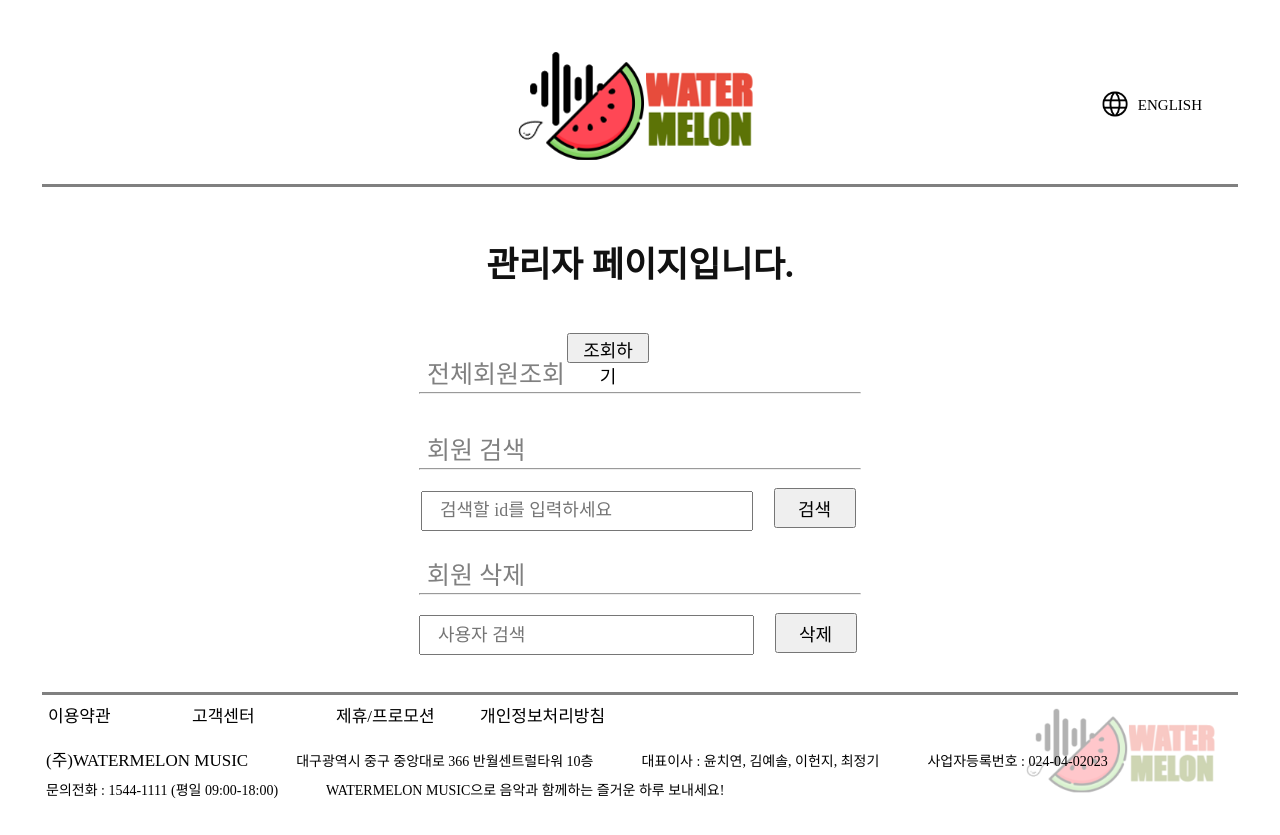
Repository: anchobb/TEAM_STS
Page: http://localhost/PJ_TEAM01/WEB-INF/views/member/member.jsp
An editor plug-in stored every save of this project. The page is shown before and after the next save, followed by the edit.
The browser window is 1280 px wide. The pictures show the whole page.
Some web fonts or font styles are not loaded; a fallback is used. Some web libraries are served in a nearby version. The page is served by Tomcat 9. Nobody is signed in. The template is opened directly, without the code that normally fills it, so the values that code supplies are empty.

Above is the page before, as saved 2023-09-11 05:29:03.

### PJ_TEAM01/src/main/webapp/WEB-INF/views/member/member.jsp
 <%@ page language="java" contentType="text/html; charset=UTF-8"
    pageEncoding="UTF-8"%>
<%@ taglib uri="http://java.sun.com/jsp/jstl/core" prefix="c"%>
<!DOCTYPE html>
<html>
<head>
<meta charset="UTF-8">
<title>MEMBER PAGE</title>
<style>
		<%@include file="/resources/static/css/common.css" %>
		<%@include file="/resources/static/css/header.css" %>
		<%@include file="/resources/static/css/member_Page.css" %>
		<%@include file="/resources/static/css/footer.css" %>
</style>
</head>
<body>
<div class="wrapper">
<header>
   <div class="log-header">
       <a href=<c:url value="/indexlog" />><img class="logo" src="${pageContext.request.contextPath}/resources/static/img/로고.png" alt=""></a>
       <ul>
          <li><a href=""><img  src="${pageContext.request.contextPath}/resources/static/img/english.png" alt="">ENGLISH</a></li>
       </ul>
    </div>
    <div class="logheader_line"></div>
</header>
<section class="member">
	<h1>관리자 페이지입니다.</h1>
	<ul>
		<li><span class="title">전체회원조회<button class="alluser" id="showButton">조회하기</button></span><hr/></li>
		<div class="selectall">
    	<c:forEach items="${list}" var="dto">
			<span>${dto.id}</span>&nbsp;&nbsp;<span>${dto.name}</span>
			&nbsp;&nbsp;<span>${dto.addr}</span>&nbsp;&nbsp;<span>${dto.phone}</span><br/>
		</c:forEach>
    	</div>
		<br />
		<li><span class="title">회원 검색</span><hr/></li>
		<form action="member/search" method="post">
	    <div class="search_block" style= display="none">
	    <input type="text" id="search_input" name="id" placeholder="검색할 id를 입력하세요">
	    <button class="oneuser" type="submit" >검색</button>
	    </div>
	    <div class="oneshowBlock"></div>
		</form>
		<br />
		<li><span class="title">회원 삭제</span><hr/></li>
		<form action="${pageContext.request.contextPath}/member/remove" method="post">
    	<input type="text" id="remove_input" name="id" placeholder="사용자 검색" id="searchInput">
    	<button class="removeuser" type="submit" >삭제</button>
		</form>
		<br />
	</ul>







<%-- <div>
	<hr/>
	<a href="javascript:history.go(-1)">이전으로</a>

	<form action="${pageContext.request.contextPath}/member/remove" method="post">
    	<input type="text" name="id" placeholder="사용자 검색" id="searchInput">
    	<button type="submit" >삭제</button>
	</form>
</div>


    <button class="alluser" id="showButton">모든회원검색</button>
    <div class="selectall">
    	<c:forEach items="${list}" var="dto">
			<span>${dto.id}</span>&nbsp;&nbsp;<span>${dto.name}</span>
			&nbsp;&nbsp;<span>${dto.addr}</span>&nbsp;&nbsp;<span>${dto.phone}</span><br/>
		</c:forEach>
    </div>
    <hr />


    <form action="member/search" method="post">
    <div class="search_block" style= display="none">
    <input type="text" name="id" placeholder="검색할 id를 입력하세요">
    <button class="oneuser" type="submit" >검색</button>
    </div>
    <div class="oneshowBlock"></div>
    <hr />
	</form>  --%>

</section>
<footer>
    <div class="footer_line"></div>
    <div>
        <ul class="footer_menu">
           <li><a href="">이용약관</a></li>
           <li><a href="">고객센터</a></li>
           <li><a href="">제휴/프로모션</a></li>
           <li><a href=""> 개인정보처리방침</a></li>
        </ul>
    </div>
    <p></p>
    <div class="Site_info">
        <img id="footer_logo" src="${pageContext.request.contextPath}/resources/static/img/로고.png" alt="">
        <span class="Sitename">(주)WATERMELON MUSIC</span>
        <span>대구광역시 중구 중앙대로 366 반월센트럴타워 10층</span>
        <span>대표이사 : 윤치연, 김예솔, 이헌지, 최정기</span>
        <span>사업자등록번호 : 024-04-02023</span>
        <br>
        <span>문의전화 : 1544-1111 (평일 09:00-18:00)</span>
        <span>WATERMELON MUSIC으로 음악과 함께하는 즐거운 하루 보내세요!</span>
     </div>
</footer>
</div>


<script src="https://cdnjs.cloudflare.com/ajax/libs/axios/1.4.0/axios.min.js" integrity="sha512-uMtXmF28A2Ab/JJO2t/vYhlaa/3ahUOgj1Zf27M5rOo8/+fcTUVH0/E0ll68njmjrLqOBjXM3V9NiPFL5ywWPQ==" crossorigin="anonymous" referrerpolicy="no-referrer"></script>
<script>
	/* const search_btn_el=document.querySelector('.oneuser');
	search_btn_el.addEventListener('click',function(){
	const projectPath = '${pageContext.request.contextPath}';
	console.log("search_btn_el click",projectPath);

	//axios
	axios.post("http://localhost:9090" + projectPath + "/member/search.do", {
	    id: document.querySelector('input[name="id"]').value
	  })
	    .then(response => {
	      console.log("success!", response.data);
	      const show_block_el = document.querySelector('.oneshowBlock');

	      const list = response.data;

	      list.forEach((dto) => {
	        console.log('dto', dto);
	        const dto_el = document.createElement('div');
	        dto_el.classList.add("item");

	        dto_el.innerHTML += "<span>" + dto.id + "</span>";
	        dto_el.innerHTML += "<span>" + dto.role + "</span>";
	        dto_el.innerHTML += "<span>" + dto.name + "</span>";
	        dto_el.innerHTML += "<span>" + dto.addr + "</span>";
	        dto_el.innerHTML += "<span>" + dto.phone + "</span><br/>";
	        show_block_el.appendChild(dto_el);
	      })
	    })
	    .catch(error => { console.log("fail.."); })
	});  */

	</script>

	<script>

	document.addEventListener("DOMContentLoaded", function () {
	    const form = document.querySelector('form');
	    const searchInput = document.querySelector('#searchInput');

	    form.addEventListener('submit', function (event) {
	        event.preventDefault();

	        const searchValue = searchInput.value;

	        // Axios를 사용한 POST 요청
	        axios.post('/app/member/remove', null, {
           		params: { id: searchValue } // id 파라미터를 직접 설정
        	})
	            .then(function (response) {
	                // 성공적으로 서버에서 응답을 받았을 때 처리
	                alert('삭제가 완료되었습니다.');
	                // 원하는 추가 동작 수행
	            })
	            .catch(function (error) {
	            	if (error.response) {
	                    console.error('서버 응답 오류:', error.response.data);
	                } else {
	                    console.error('요청 오류:', error.message);
	                }
	                // 오류가 발생했을 때 처리
	                alert('삭제에 실패했습니다.');
	            });
	    });
	});





	document.addEventListener('DOMContentLoaded', function() {
	    // 버튼 클릭 이벤트 핸들러
	    var showButton = document.getElementById('showButton');
	    var selectAllDiv = document.querySelector('.selectall');

	    showButton.addEventListener('click', function() {
	        // 현재 상태를 확인하여 토글
	        if (selectAllDiv.style.display === 'none' || selectAllDiv.style.display === '') {
	            selectAllDiv.style.display = 'block'; // 보이도록 함
	        } else {
	            selectAllDiv.style.display = 'none'; // 숨김
	        }
	    });
	});

	</script>

</body>
</html>

### PJ_TEAM01/src/main/webapp/resources/static/css/common.css
@font-face {
    font-family: 'SDSamliphopangche_Basic';
    src: url('https://cdn.jsdelivr.net/gh/projectnoonnu/noonfonts-20-12@1.0/SDSamliphopangche_Basic.woff') format('woff');
    font-weight: normal;
    font-style: normal;
}

* {
    margin: 2px;
    box-sizing: border-box;
    font-family: 'SDSamliphopangche_Basic';
}

ul {
    list-style: none;
    padding: 0px;
    margin: 0px;
    color: black;
}

a {
    text-decoration: none;
    color: black;
}

.wrapper {
    width: 1200px;
    margin: 30px auto;
}

.wrapper>nav>.mobilemenu>.material-symbols-outlined{
    font-variation-settings:
    'FILL' 0,
    'wght' 400,
    'GRAD' 0,
    'opsz' 48}

### PJ_TEAM01/src/main/webapp/resources/static/css/header.css
/* header */
.wrapper>header {
    height:130px;
    /* border: 1px solid red; */
    margin-top: 20px;
}

/* 탑헤더 내 로고, 검색창, 퀵메뉴 전체 */
.wrapper>header>.top-header{
    height: 110px;
    /* border: 1px solid green; */
    display: flex;
    justify-content: space-between;
    align-items: center;
}

/* 탑헤더 내 로고 */
.wrapper>header>.top-header>.logo{
    margin-top: 0;
    width: 240px;
    height: 120px;
}

/* 탑헤더 내 검색창 */
.wrapper>header>.top-header>form .search_box{
    height: 38px;
    width: 500px;
    border: 3px solid rgb(92, 115, 6);
    position: relative;
    border-radius: 7px;
    line-height: 35px;
    padding-left: 10px;
}

.wrapper>header>.top-header>form .search_box>div{
    /* border: 1px solid rosybrown; */
    height: 35px;
    width: 110px;
    font-size: 20px;
    text-align: center;
    line-height: 35px;
    margin-top: -1px;
    margin-left: -10px;
    border-right: 3px solid rgb(92, 115, 6);
    background-color: rgba(92, 115, 6, 0.43);
}

.wrapper>header>.top-header>form .search_box>input {
    height: 30px;
    width: 340px;
    border: 1px;
    outline: 1px;
    position: absolute;
    top: -1px;
    left: 115px;
    font-size: 15px;
    color: black;
    font-family: 'NanumSquareBold';
}

.wrapper>header>.top-header>form .search_box>img {
    position: absolute;
    width: 30px;
    height: 30px;
    top: 0px;
    left: 92%;
    display: block;
}

/* 헤더 내 퀵메뉴 */
.wrapper>header>.top-header>ul {
    /* border: 1px solid red; */
    display: flex;
    justify-content: right;
    align-items: center;
}

.wrapper>header>.top-header>ul>li {
    /* border: 1px solid gray; */
    width: 110px;
    position: relative;
    text-align: center;
}

.wrapper>header>.top-header>ul>li>a {
    display: block;
    font-size: 16px;
    position: relative;
    left: 15px;
}

.wrapper>header>.top-header>ul>li>a>img{
    width: 20px;
    height: 18px;
    justify-content: center;
    align-content: center;
    position: absolute;
    top: -2.5px;
    left: -5px;
}

/* nav부분 STYLE */
.wrapper>nav>.navi{
    display: flex;
    justify-content: space-between;
}

/* 왼쪽 nav one-depth */
.wrapper>nav>.navi>.Menu_left>.one--depth {
    width: 100%;
    height: 60px;
    display: flex;
}

.wrapper>nav>.navi>.Menu_left>.one--depth>li {
    position: relative;
    height: 35px;
}

.wrapper>nav>.navi>.Menu_left>.one--depth>li>a {
    display: block;
    font-size: 20px;
    width: 110px;
    /* transition: 1s; */

}

/* 왼쪽 nav two-depth */
.wrapper>nav>.navi>.Menu_left>.one--depth>li>.two--depth {
    position: absolute;
    display: none;

}

.wrapper>nav>.navi>.Menu_left>.one--depth>li>.two--depth>li {
    height: 30px;
    line-height: 30px;

}

.wrapper>nav>.navi>.Menu_left>.one--depth>li>.two--depth>li>a {
    display: block;
    width: 120px;
    font-size: 17px;
}

.wrapper>nav>.navi>.Menu_left>.one--depth>li>a:hover {
    font-size: 22px;
}

.wrapper>nav>.navi>.Menu_left>.one--depth>li:hover .two--depth {
    display: flex;
}

.wrapper>nav>.navi>.Menu_left>.one--depth>li>.two--depth>li>a:hover {
    font-size: 18px;
    transition: 0.7s;
    color: rgb(192, 57, 43);
}

/* 오른쪽 nav one-depth */
.wrapper>nav>.navi>.Menu_right>.one--depth {
    width: 100%;
    height: 60px;
    display: flex;
}

.wrapper>nav>.navi>.Menu_right>.one--depth>li {
    position: relative;
    height: 35px;
}

.wrapper>nav>.navi>.Menu_right>.one--depth>li>a {
    display: block;
    font-size: 20px;
    width: 110px;
    text-align: right;
}

/* 오른쪽 nav two-depth */
.wrapper>nav>.navi>.Menu_right>.one--depth>li>.two--depth {
    position: absolute;
    display: none;
}

.wrapper>nav>.navi>.Menu_right>.one--depth>li>.two--depth>li {
    height: 30px;
    line-height: 30px;
}

.wrapper>nav>.navi>.Menu_right>.one--depth>li>.two--depth>li>a {
    display: block;
    width: 110px;
    font-size: 17px;
    text-align: center;
}

.wrapper>nav>.navi>.Menu_right>.one--depth>li>a:hover {
    font-size: 22px;
}

.wrapper>nav>.navi>.Menu_right>.one--depth>li:hover .two--depth {
    display: flex;
    text-align: right;
    right: -12px;
}

.wrapper>nav>.navi>.Menu_right>.one--depth>li>.two--depth>li>a:hover {
    font-size: 18px;
    transition: 0.7s;
    color: rgb(192, 57, 43);
}

/* header_line */
.wrapper>.header_line {
    display: block;
    background-color: gray;
    height: 3px;
    width: 100%;
    margin: 5px auto;
}

.wrapper>footer>#footer_logo{
    border: 1px solid;
    opacity: 0.6;
    margin-bottom: 500px;
}


.wrapper>header>.log-header{
    height: 150px;
    position: relative;
    display: flex;
    justify-content: center;
    align-items: center;
}

.logheader_line{
    display: block;
    background-color: gray;
    height: 3px;
    width: 100%;
    margin: 0 auto;
}


/* login header */

.wrapper>header>.log-header>a>.logo{
    margin-top: 0;
}

.wrapper>header>.log-header>ul{
    position: absolute;
    right: 30px;
}

.wrapper>header>.log-header>ul>li{
    display: inline-block;
    height: 40px;
    text-align: center;
    line-height: 35px;
}

.wrapper>header>.log-header>ul>li>a{
    font-size: 15px;
    position: relative;

}

.wrapper>header>.log-header>ul>li>a>img{
    position: absolute;
    width: 30px;
    height: 30px;
    right: 70px;
}

.wrapper>nav>.mobilemenu{
    display: none;
}

### PJ_TEAM01/src/main/webapp/resources/static/css/member_Page.css
li{
    list-style: none;
    }

    .member {
        width: 450px;
        display: block;
        height: 100%;
        padding-top: 50px;
        margin: 0 auto;
    }

    .member h1 {
        padding-top: 20px;
        font-size: 35px;
        color: #111;
        text-align: center;
    }

  	.member>ul {
        padding: 40px 0 10px;
    }

    .member>ul li {
        padding: 0 0 12px;
        text-align: left;
    }

    .member>ul li .title {
		font-size: 25px;
		display: block;
		margin-left: 10px;
		color: gray;
	}

	.member form #search_input, #remove_input{
        width: 75%;
        height: 40px;
        box-sizing: border-box;
        text-indent: 15px;
        font-size: 18px;
        color: black;
        font-family: 'SDSamliphopangche_Basic';
    }

    .member>form input::-webkit-input-placeholder {
        font-size: 18px;
        color: gray;
    }

	.member .title>.alluser{
		width: 82px;
        height: 30px;
        font-size: 18px;
        cursor: pointer;
        padding-bottom:2px;

	}

    .member form .oneuser, .removeuser{
        width: 82px;
        height: 40px;
        margin-left: 15px;
        margin-right: 0px;
        font-size: 18px;
        cursor: pointer;
    }

    .member #back_btn {
        width: 60px;
        height: 35px;
        background: #ed1c24;
        border-radius: 5px;
        font-size: 22px;
        color: #fff;
        margin-top: 20px;
        cursor: pointer;
    }

    .member #update_btn{
		width: 100px;
        height: 35px;
        background: #ed1c24;
        border-radius: 5px;
        font-size: 22px;
        color: #fff;
        margin-top: 20px;
  		margin-left: 240px;
        cursor: pointer;
	}

	.selectall {
        display: none;
        font-size: 20px;
		margin-top: 10px;
		text-align: center;
    }

### PJ_TEAM01/src/main/webapp/resources/static/css/footer.css
/* footer */

/* footer line */
.wrapper>footer>.footer_line {
    display: block;
    background-color: gray;
    height: 3px;
    width: 100%;
    margin: 5px auto;
}

/* footer */
.wrapper>footer>div>.footer_menu {
    display: flex;
    /* border: 1px solid; */
    height: 40px;
}

.wrapper>footer>div>.footer_menu>li{
    /* border: 1px solid red; */
    width: 140px;
    height: 30px;
    line-height: 30px;
}

.wrapper>footer>div>.footer_menu>li>a{
    font-family: 'NanumSquareAceb';
    font-size: 17px;
}

.wrapper>footer>.Site_info{
    position: relative;
}

.wrapper>footer>.Site_info>#footer_logo{
    position: absolute;
    top: -50px;
    right: 0;
    width: 220px;
    height: 110px;
    opacity: 0.3;
    z-index: -1;
}

.wrapper>footer>.Site_info>span{
    display: inline-block;
    font-size: 14px;
    padding: 2px 40px 2px 0;
}

.wrapper>footer>.Site_info>.Sitename{
    font-family: 'NanumSquareAceb';
    font-size: 17px;
}

After the next save:
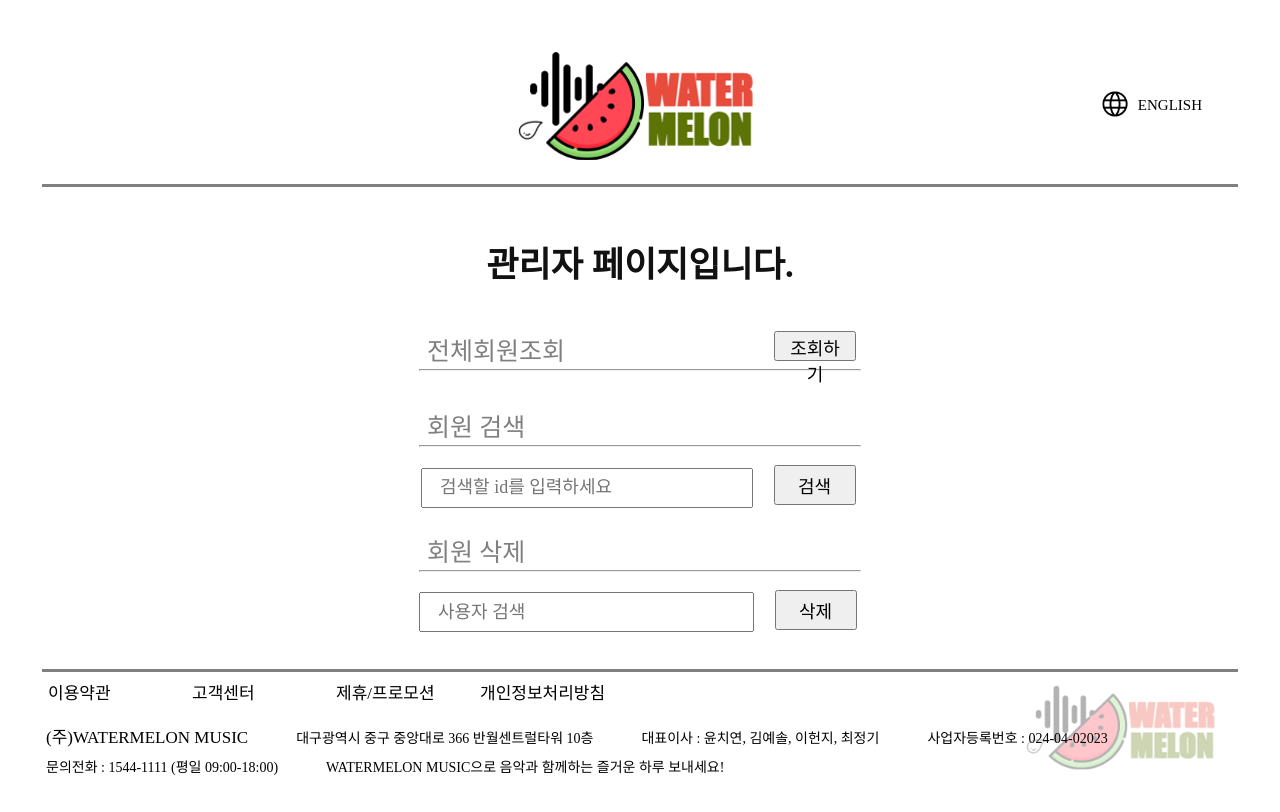
Saved 2 min 31 s later.
--- a/PJ_TEAM01/src/main/webapp/resources/static/css/member_Page.css
+++ b/PJ_TEAM01/src/main/webapp/resources/static/css/member_Page.css
@@ -53,7 +53,9 @@
         height: 30px;
         font-size: 18px;
         cursor: pointer;
-        padding-bottom:2px;
+        display: inline-block;
+        margin: 0 5px;
+        float: right;
 
 	}
 
